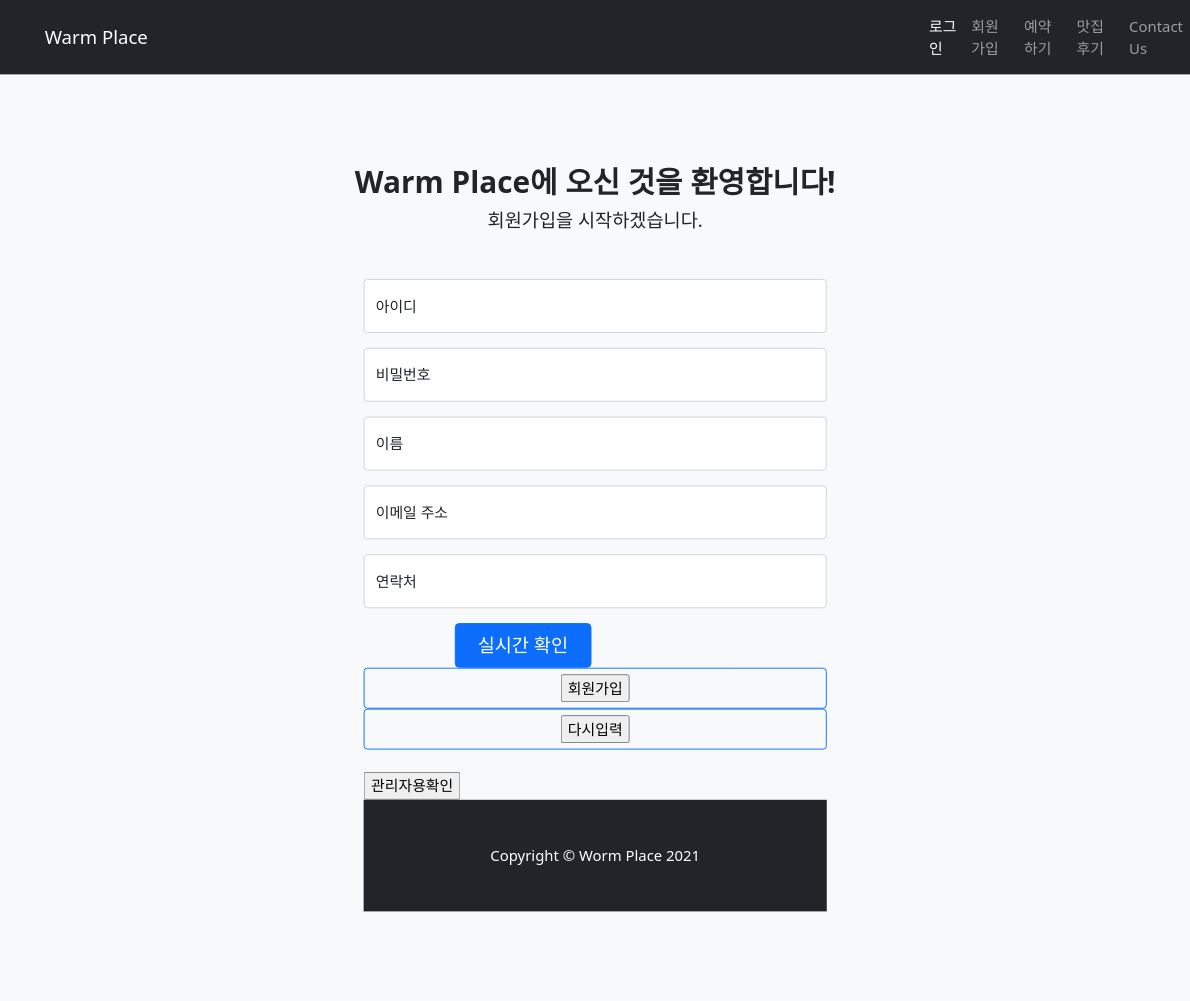
Repository: jaunnnngs/HackaTone
Page: http://localhost/StunProjects/St_Join/st_userJoin.jsp
An editor plug-in stored every save of this project. The page is shown before and after the next save, followed by the edit.
The browser window is 1280 px wide. The pictures show the whole page, at 93% of full size.
Some web libraries are served in a nearby version. The page is served by Tomcat 9. Other server files are loaded and not shown.

Above is the page before, as saved 2021-07-24 12:08:38.

### STUN_TEAM/StunProjects/src/main/webapp/St_Join/st_userJoin.jsp
<%@ page language="java" contentType="text/html; charset=UTF-8" pageEncoding="UTF-8"%>

<!DOCTYPE html>
<html>
    <head>
        <meta charset="utf-8" />
        <meta name="keywords" content="HTML,CSS,XML,JavaScript">
        <meta name="viewport" content="width=device-width, initial-scale=1, shrink-to-fit=no" />
        <meta name="description" content="HTML Study" />
        <meta name="author" content="Bruce" />

        <title>WARM PLACE_회원가입</title>
        <!-- Favicon-->
        <link rel="icon" type="image/x-icon" href="assets/favicon.ico" />
        <!-- Bootstrap icons-->
        <link href="https://cdn.jsdelivr.net/npm/bootstrap-icons@1.4.1/font/bootstrap-icons.css" rel="stylesheet" />
        <!-- Core theme CSS (includes Bootstrap)-->
        <link href="css/styles.css" rel="stylesheet" />
    </head>

    <body>
    <form action="./st_userJoinAction.jsp"method="post">
        <!-- Responsive navbar-->
        <nav class="navbar navbar-expand-lg navbar-dark bg-dark">
            <div class="container px-5">
                <a class="navbar-brand" href="../St_Join/main.jsp">Warm Place</a>
                </div>
                <button class="navbar-toggler" type="button" data-bs-toggle="collapse" data-bs-target="#navbarSupportedContent" aria-controls="navbarSupportedContent" aria-expanded="false" aria-label="Toggle navigation"><span class="navbar-toggler-icon"></span></button>
                <div class="collapse navbar-collapse" id="navbarSupportedContent">
                    <ul class="navbar-nav ms-auto mb-2 mb-lg-0">
                         <li class="nav-item"><a class="nav-link active" aria-current="page" href="../St_board/login.jsp">로그인</a></li>
                        <li class="nav-item"><a class="nav-link" href="../St_Join/test_st_userJoin2.jsp">회원가입</a></li>
                        <li class="nav-item"><a class="nav-link" href="../St_Reservation/map.jsp">예약하기</a></li>
                        <li class="nav-item"><a class="nav-link" href="../St_board/bbs.jsp">맛집후기</a></li>
                        <li class="nav-item"><a class="nav-link" href="#!">Contact Us</a></li>
                    </ul>

            </div>
        </nav>

        <!-- 회원가입 섹션-->
       <section class="bg-light py-5">
            <div class="container px-5 my-5 px-5">
                <div class="text-center mb-5">
                    <h2 class="fw-bolder">Warm Place에 오신 것을 환영합니다!</h2>
                    <p class="lead mb-0">회원가입을 시작하겠습니다.</p>
                </div>
                <div class="row gx-5 justify-content-center">
                    <div class="col-lg-6">
                        <!-- * * * * * * * * * * * * * * *-->
                        <!-- * * SB Forms Contact Form * *-->
                        <!-- * * * * * * * * * * * * * * *-->
                        <!-- This form is pre-integrated with SB Forms.-->
                        <!-- To make this form functional, sign up at-->
                        <!-- https://startbootstrap.com/solution/contact-forms-->
                        <!-- to get an API token!-->
                        <form id="contactForm" data-sb-form-api-token="API_TOKEN">
                            <!-- userID input-->
                            <div class="form-floating mb-3">
                                 <input class="form-control" name="userID" id="userID" type="text" placeholder="Enter your ID..." data-sb-validations="required" />
                                 <label for="userID">아이디</label>
                                <div class="invalid-feedback" data-sb-feedback="userID:required">A userID is required.</div>
                            </div>
                            <!-- userPassword address input-->
                            <div class="form-floating mb-3">
                                <input class="form-control" name="userPassword" id="userPassword" type="password" placeholder="Enter your password..." data-sb-validations="required,email" />
                                <label for="userPassword">비밀번호</label>
                                <div class="invalid-feedback" data-sb-feedback="password:required">A password is required.</div>
                                <div class="invalid-feedback" data-sb-feedback="password:password">Password is not valid.</div>
                            </div>
                            <!-- Name input-->
                            <div class="form-floating mb-3">
                                <input class="form-control" name="name" id="name" type="text" placeholder="Enter your name..." data-sb-validations="required" />
                                <label for="name">이름</label>
                                <div class="invalid-feedback" data-sb-feedback="name:required">A name is required.</div>
                            </div>
                            <!-- Email address input-->
                            <div class="form-floating mb-3">
                                <input class="form-control" name="email" id="email" type="email" placeholder="name@example.com" data-sb-validations="required,email" />
                                <label for="email">이메일 주소</label>
                                <div class="invalid-feedback" data-sb-feedback="email:required">An email is required.</div>
                                <div class="invalid-feedback" data-sb-feedback="email:email">Email is not valid.</div>
                            </div>
                            <!-- Phone number input-->
                            <div class="form-floating mb-3">
                                <input class="form-control" name="number" id="phonenumber" type="phonenumber" placeholder="(123) 456-7890" data-sb-validations="required" />
                                <label for="phonenumber">연락처</label>
                                <div class="invalid-feedback" data-sb-feedback="phonenumber:required">A phone number is required.</div>
                            </div>
                            </form>

                            <!-- Submit success message-->
                            <!---->
                            <!-- This is what your users will see when the form-->
                            <!-- has successfully submitted-->
                            <div class="d-none" id="submitSuccessMessage">
                                <div class="text-center mb-3">
                                    <div class="fw-bolder">Form submission successful!</div>
                                    To activate this form, sign up at
                                    <br />
                                    <a href="https://startbootstrap.com/solution/contact-forms">https://startbootstrap.com/solution/contact-forms</a>
                                </div>
                            </div>
                            <!-- Submit error message-->
                            <!---->
                            <!-- This is what your users will see when there is-->
                            <!-- an error submitting the form-->
                            <div class="d-none" id="submitErrorMessage"><div class="text-center text-danger mb-3">Error sending message!</div></div>
                             <div class="d-grid gap-3 d-sm-flex justify-content-sm-center">
                                <a class="btn btn-primary btn-lg px-4 me-sm-3" href="#features">실시간 확인</a>
                                <a class="btn btn-outline-light btn-lg px-4" href="#!">예약하기</a>
                            </div>
							<div class="d-grid"><a class="btn btn-outline-primary" id="submitButton" type="submit">
								<input id="submitButton" type="submit" value="회원가입"></a></div>
							<div class="d-grid"><a class="btn btn-outline-primary" id="submitButton" type="submit">
								<input type="reset" value="다시입력"></a></div>
		</form>




     <!-- 디비확인용 버튼 -->
     <form action="./UseStunDB.jsp" method="post">
     <tr>
		<td colspan="2" style="text-align:center;">
	 		<br><input type="submit" value="관리자용확인"><br>
		</td>
	</tr>




</form>


    <!-- 하단화면r-->
        <footer class="py-5 bg-dark">
            <div class="container px-5"><p class="m-0 text-center text-white">Copyright &copy; Worm Place 2021</p></div>
        </footer>
        <!-- Bootstrap core JS-->
        <script src="https://cdn.jsdelivr.net/npm/bootstrap@5.0.2/dist/js/bootstrap.bundle.min.js"></script>
        <!-- Core theme JS-->
        <script src="js/scripts.js"></script>
        <!-- * * * * * * * * * * * * * * * * * * * * * * * * * * * * * * * * * * * * * * * *-->
        <!-- * *                               SB Forms JS                               * *-->
        <!-- * * Activate your form at https://startbootstrap.com/solution/contact-forms * *-->
        <!-- * * * * * * * * * * * * * * * * * * * * * * * * * * * * * * * * * * * * * * * *-->
        <script src="https://cdn.startbootstrap.com/sb-forms-latest.js"></script>
    </body>

### STUN_TEAM/StunProjects/src/main/webapp/St_Join/js/scripts.js
/*!
* Start Bootstrap - Business Frontpage v5.0.3 (https://startbootstrap.com/template/business-frontpage)
* Copyright 2013-2021 Start Bootstrap
* Licensed under MIT (https://github.com/StartBootstrap/startbootstrap-business-frontpage/blob/master/LICENSE)
*/
// This file is intentionally blank
// Use this file to add JavaScript to your project

Loaded but not shown: STUN_TEAM/StunProjects/src/main/webapp/St_Join/css/styles.css (library)

After the next save:
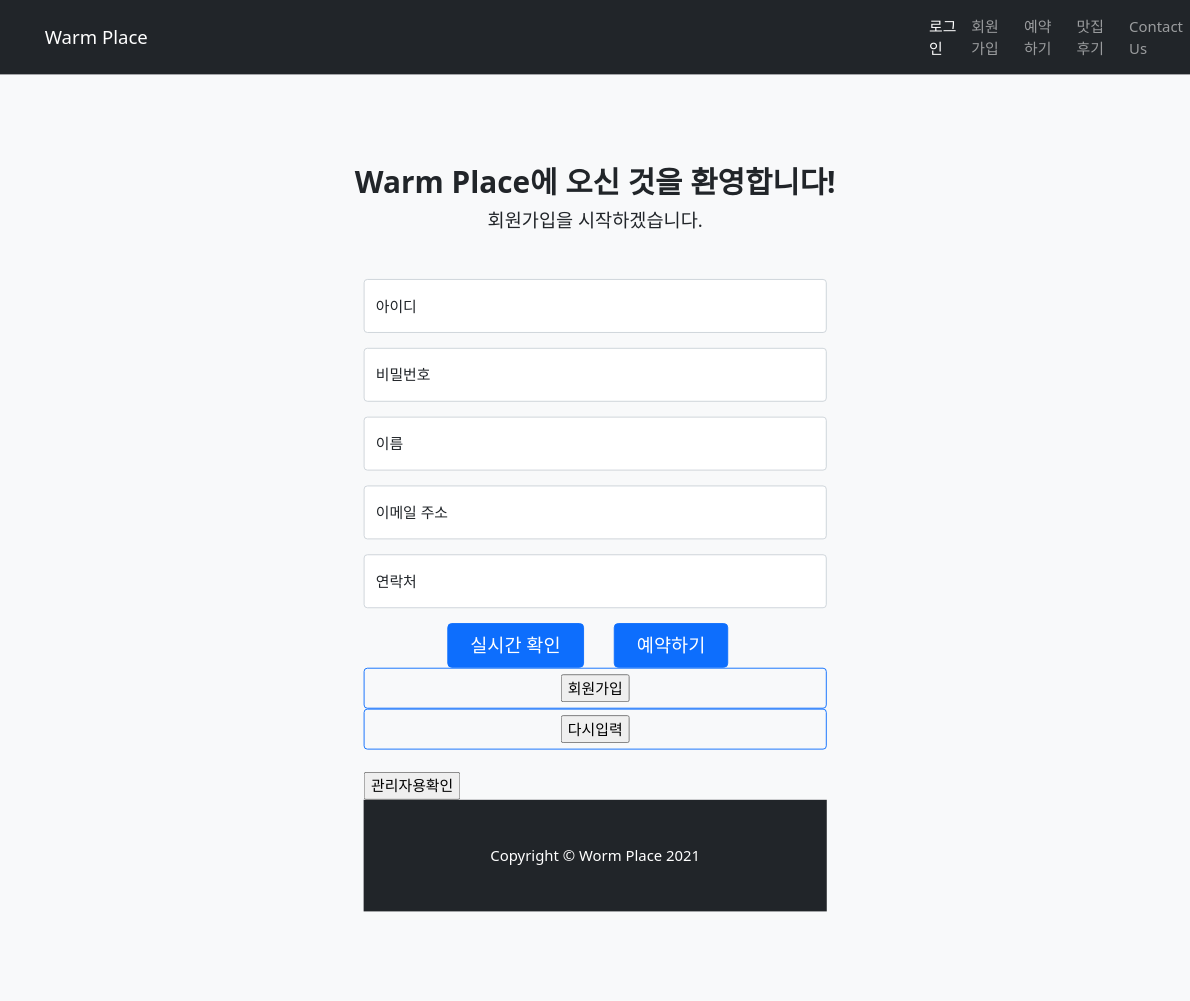
Saved 53 s later.
--- a/STUN_TEAM/StunProjects/src/main/webapp/St_Join/st_userJoin.jsp
+++ b/STUN_TEAM/StunProjects/src/main/webapp/St_Join/st_userJoin.jsp
@@ -108,7 +108,7 @@
                             <div class="d-none" id="submitErrorMessage"><div class="text-center text-danger mb-3">Error sending message!</div></div>
                              <div class="d-grid gap-3 d-sm-flex justify-content-sm-center">
                                 <a class="btn btn-primary btn-lg px-4 me-sm-3" href="#features">실시간 확인</a>
-                                <a class="btn btn-outline-light btn-lg px-4" href="#!">예약하기</a>
+                                <a class="btn btn-primary btn-lg px-4 me-sm-3" href="#!">예약하기</a>
                             </div>
 							<div class="d-grid"><a class="btn btn-outline-primary" id="submitButton" type="submit">
 								<input id="submitButton" type="submit" value="회원가입"></a></div>
